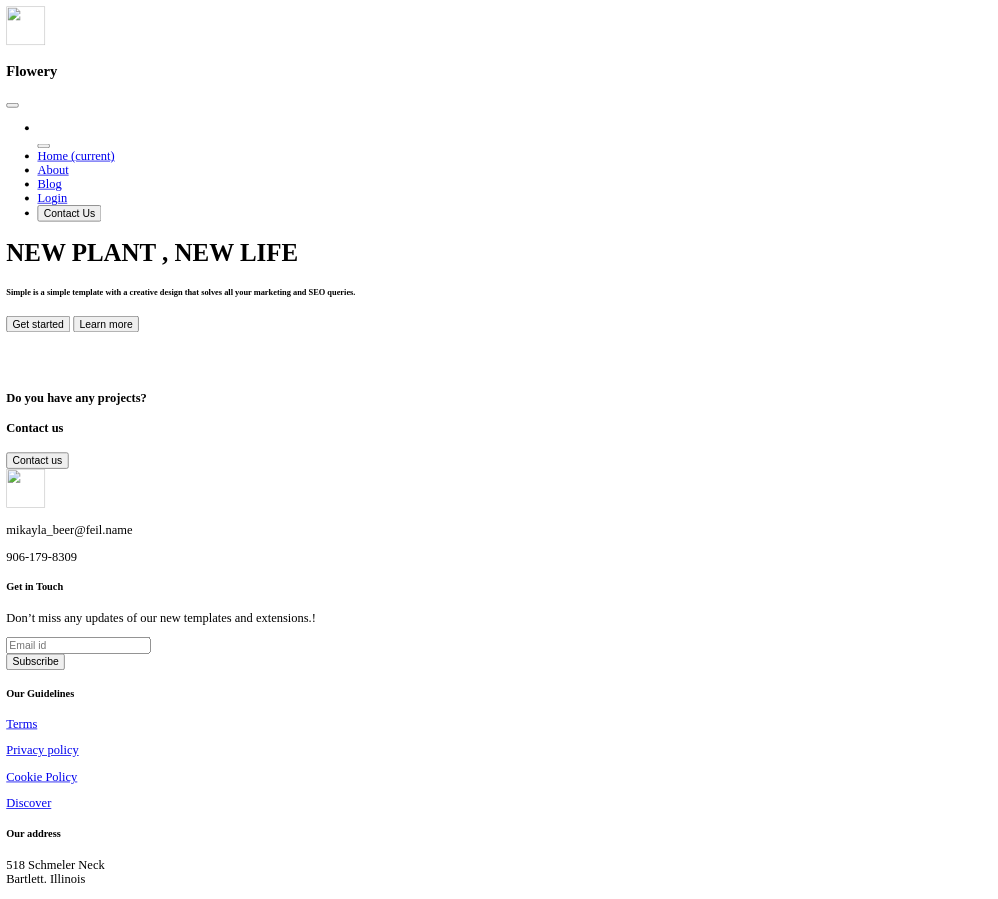
Repository: sara55m/Login
Page: http://localhost/welcome
An editor plug-in stored every save of this project. The page is shown before and after the next save, followed by the edit.
The browser window is 1280 px wide. The pictures show the whole page, at 78% of full size.
The page is served by the project's Laravel application, run on PHP 8.4 with Laravel 10.

Above is the page before, as saved 2024-03-03 22:28:05.

After the next save:
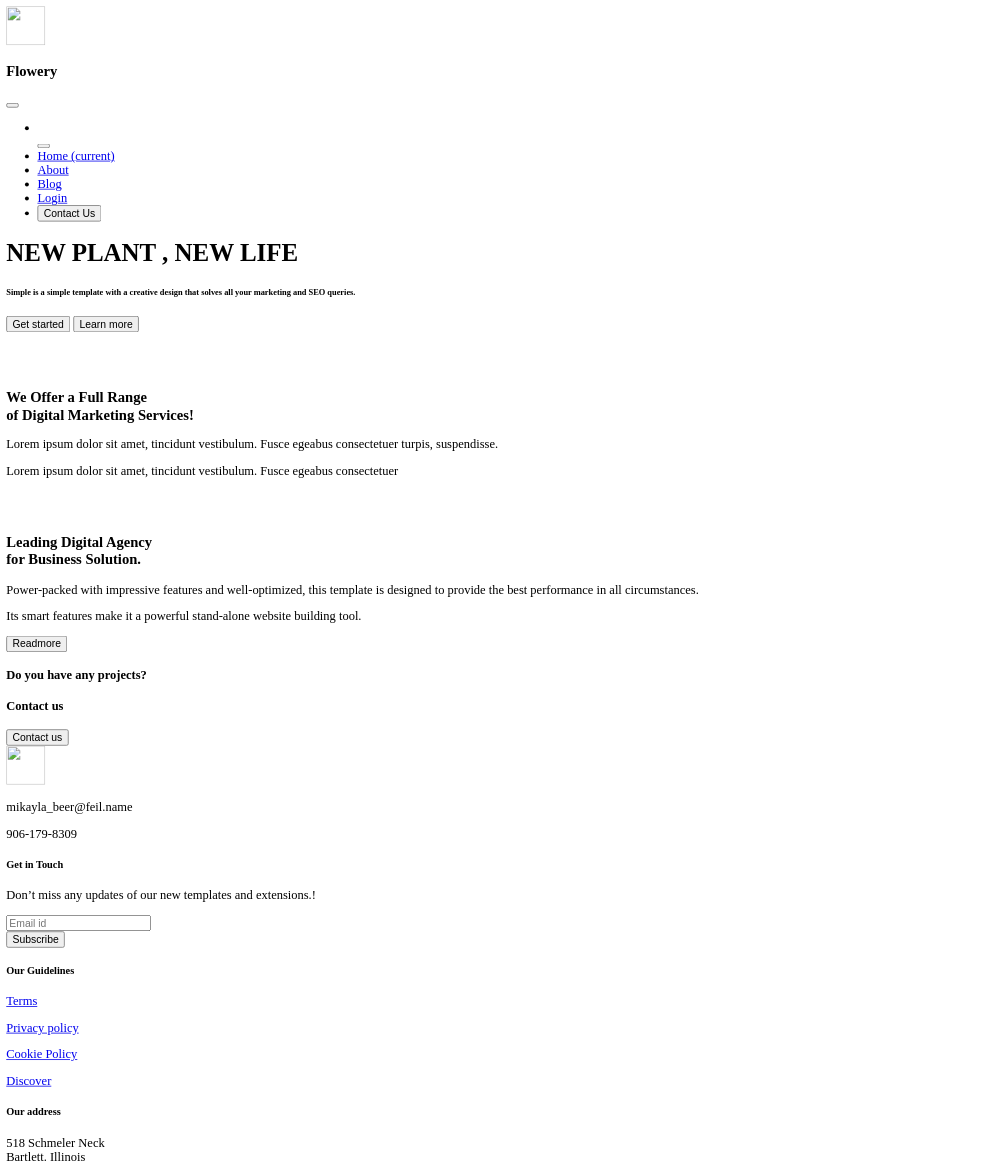
Saved 17 min 44 s later.
--- a/resources/views/welcome.blade.php
+++ b/resources/views/welcome.blade.php
@@ -71,6 +71,34 @@
   </div>
   <br/>
   <br/>
+
+  <section class="digital-marketing-service" id="digital-marketing-section">
+    <div class="row align-items-center">
+      <div class="col-12 col-lg-7 grid-margin grid-margin-lg-0" data-aos="fade-right">
+        <h3 class="m-0">We Offer a Full Range<br>of Digital Marketing Services!</h3>
+        <div class="col-lg-7 col-xl-6 p-0">
+          <p class="py-4 m-0 text-muted">Lorem ipsum dolor sit amet, tincidunt vestibulum. Fusce egeabus consectetuer turpis, suspendisse.</p>
+          <p class="font-weight-medium text-muted">Lorem ipsum dolor sit amet, tincidunt vestibulum. Fusce egeabus consectetuer</p>
+        </div>
+      </div>
+      <div class="col-12 col-lg-5 p-0 img-digital grid-margin grid-margin-lg-0" data-aos="fade-left">
+        <img src="images/Group1.png" alt="" class="img-fluid">
+      </div>
+    </div>
+    <div class="row align-items-center">
+      <div class="col-12 col-lg-7 text-center flex-item grid-margin" data-aos="fade-right">
+        <img src="images/Group2.png" alt="" class="img-fluid">
+      </div>
+      <div class="col-12 col-lg-5 flex-item grid-margin" data-aos="fade-left">
+        <h3 class="m-0">Leading Digital Agency<br>for  Business Solution.</h3>
+        <div class="col-lg-9 col-xl-8 p-0">
+          <p class="py-4 m-0 text-muted">Power-packed with impressive features and well-optimized, this template is designed to provide the best performance in all circumstances.</p>
+          <p class="pb-2 font-weight-medium text-muted">Its smart features make it a powerful stand-alone website building tool.</p>
+        </div>
+        <button class="btn btn-info">Readmore</button>
+      </div>
+    </div>
+  </section>
   <!---------------------------------------------------End Of Content Section------------------------------------------------->
 
   <!---------------------------------------------------Footer Section------------------------------------------------->
